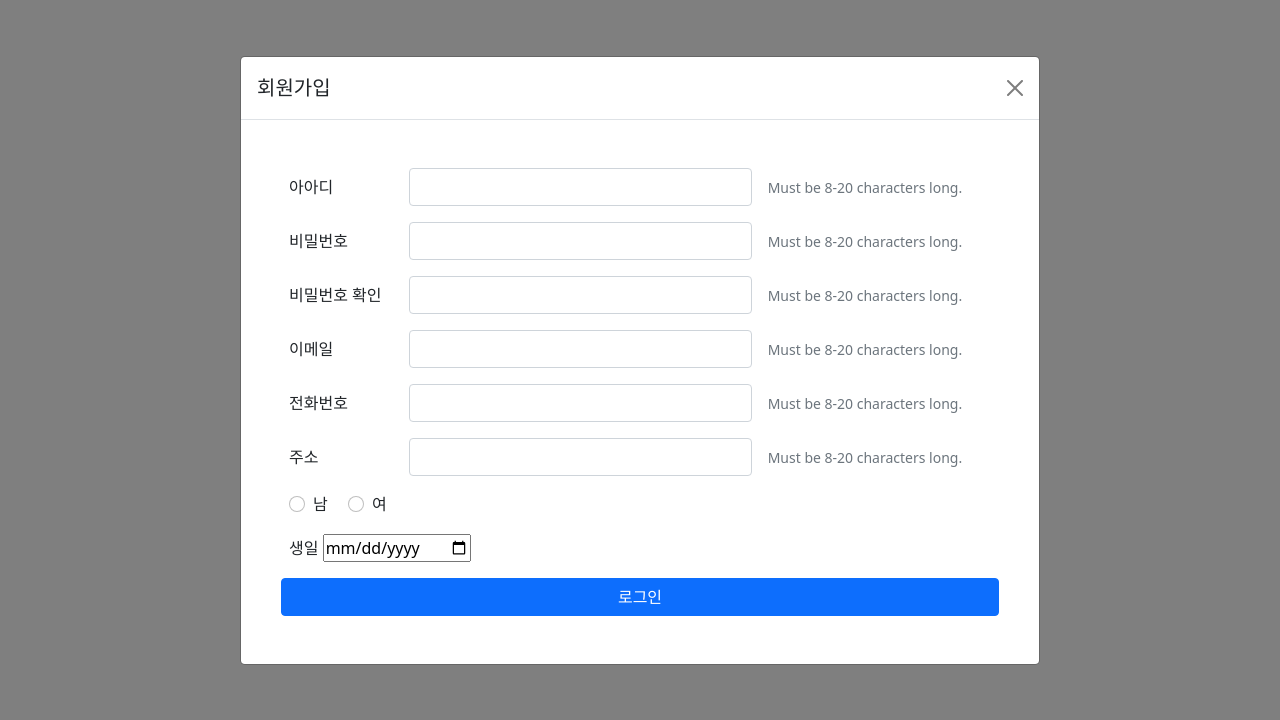
Repository: hyunha95/selfStudy
Page: http://localhost/spring-board/WEB-INF/views/member/enroll.jsp
The author's editor kept a copy of each file at every save. The page is drawn from the files as they stood at one save, then again after the next save.
The browser window is 1280 px wide. The pictures show the whole page.
The page is served by Tomcat 9. Nobody is signed in. The template is opened directly, without the code that normally fills it, so the values that code supplies are empty.

Above is the page before, as saved 2022-01-15 08:43:44.

After the next save:
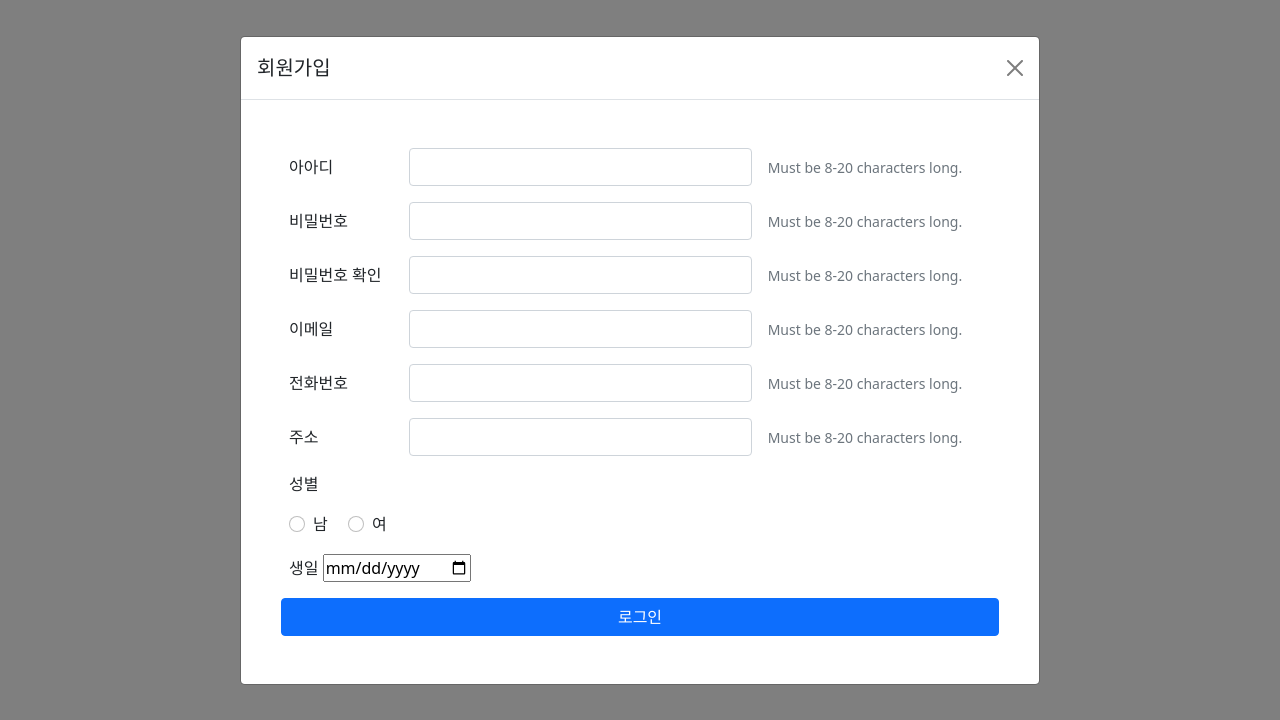
Saved 24 s later.
--- a/spring_workspace/spring-board/src/main/webapp/WEB-INF/views/member/enroll.jsp
+++ b/spring_workspace/spring-board/src/main/webapp/WEB-INF/views/member/enroll.jsp
@@ -114,7 +114,8 @@
 				    </span>
 				  </div>
 				  <!-- 성별 -->
-				  <span>
+				  <label for="gender">성별</label>
+				  <span id="gender">
 					  <div class="form-check form-check-inline">
 						  <input class="form-check-input" type="radio" name="gender" id="inlineRadio1" value="option1">
 						  <label class="form-check-label" for="inlineRadio1">남</label>

After the save that followed:
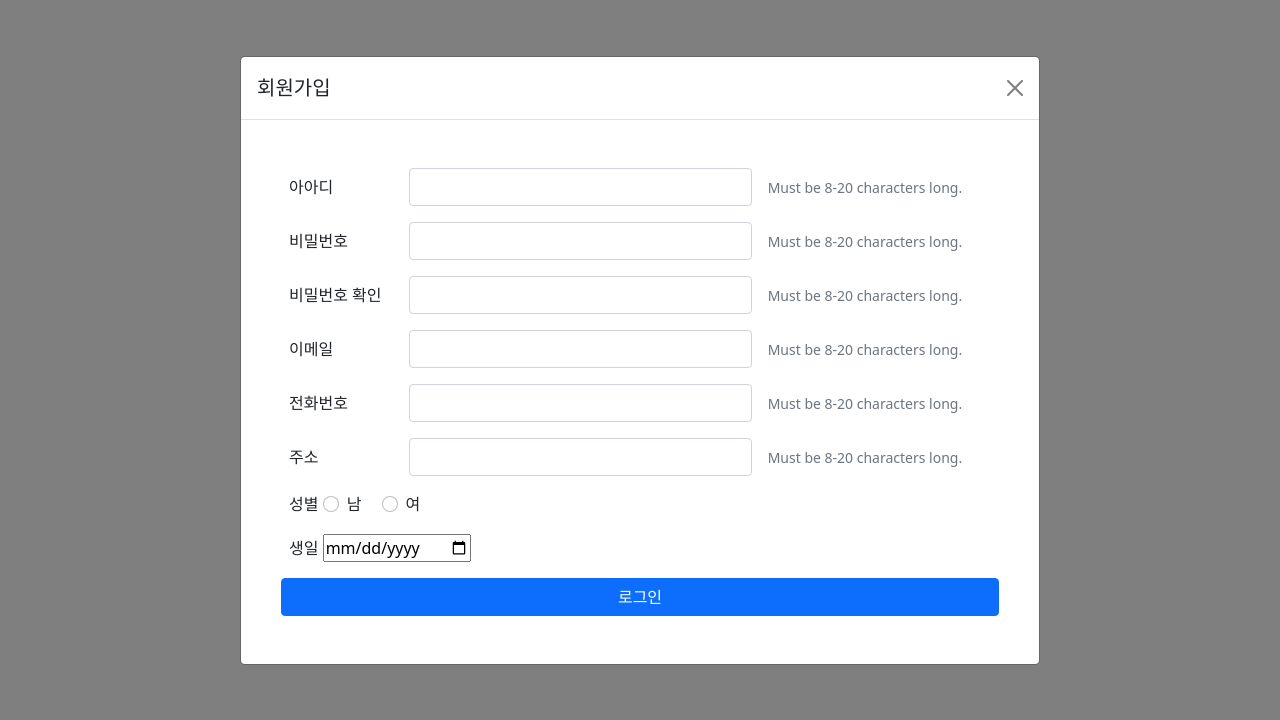
Saved 8 s later.
--- a/spring_workspace/spring-board/src/main/webapp/WEB-INF/views/member/enroll.jsp
+++ b/spring_workspace/spring-board/src/main/webapp/WEB-INF/views/member/enroll.jsp
@@ -114,8 +114,8 @@
 				    </span>
 				  </div>
 				  <!-- 성별 -->
+				  <span id="gender">
 				  <label for="gender">성별</label>
-				  <span id="gender">
 					  <div class="form-check form-check-inline">
 						  <input class="form-check-input" type="radio" name="gender" id="inlineRadio1" value="option1">
 						  <label class="form-check-label" for="inlineRadio1">남</label>
